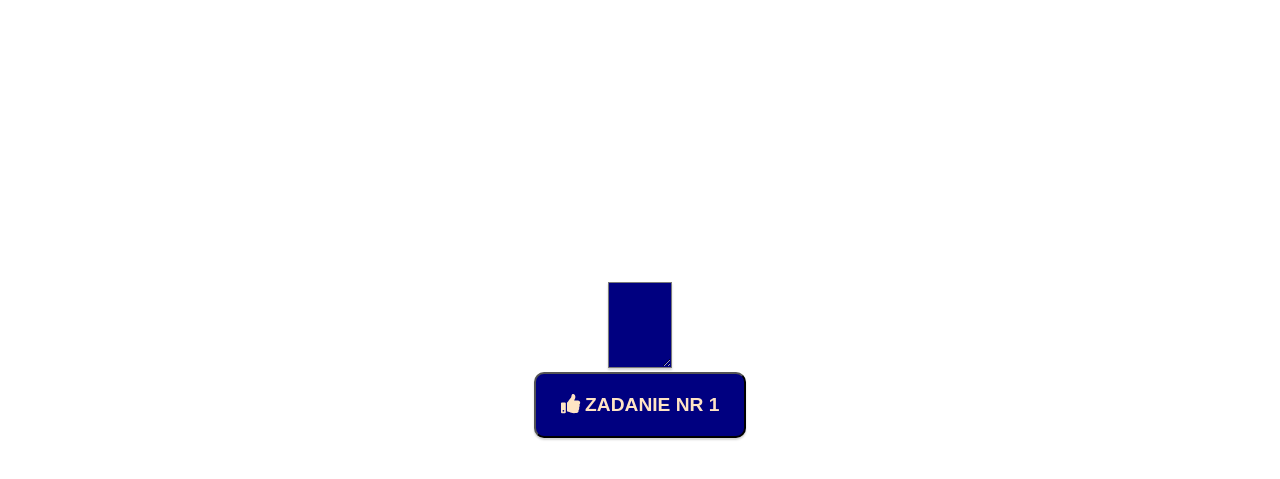
Repository: KrzysKolo/sr_tydzien3_zad_1_2_3
Page: /
An editor plug-in stored every save of this project. The page is shown before and after the next save, followed by the edit.
The browser window is 1280 px wide. The pictures show the whole page.
The project was rebuilt for these pictures with package versions that can differ from the ones it lists, and the page was loaded fresh each time.

Above is the page before, as saved 2020-11-02 16:34:07.

After the next save:
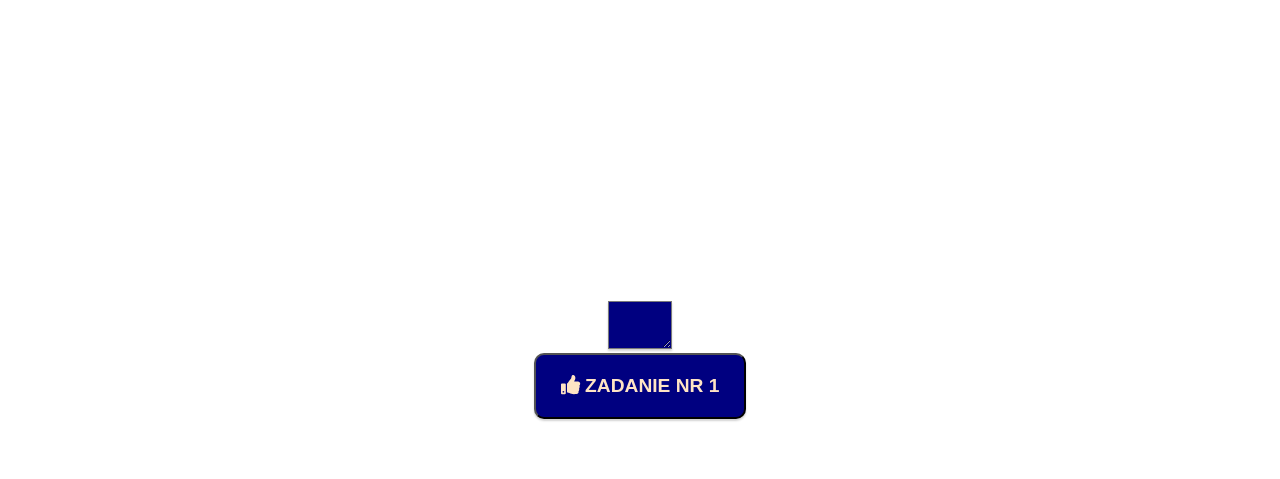
Saved 22 s later.
--- a/src/components/Form/Textarea.js
+++ b/src/components/Form/Textarea.js
@@ -13,6 +13,7 @@ const Textarea = ({value, color, bgColor, borderSize, borderRadius, borderColor}
     cursor: pointer;
     font-weight: bold;
     font-size: 1.2rem;
+    height: 3rem;
     outline: 0;
     padding: 20px 25px;
     text-transform: uppercase;
